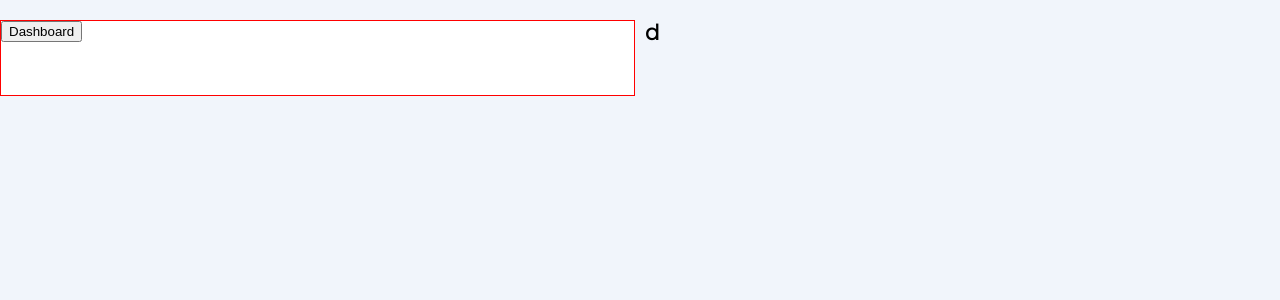
Repository: Anuruddha00/dashboard-design
Page: /
An editor plug-in stored every save of this project. The page is shown before and after the next save, followed by the edit.
The browser window is 1280 px wide. The pictures show the whole page.
The project was rebuilt for these pictures with package versions that can differ from the ones it lists, and the page was loaded fresh each time.

Above is the page before, as saved 2021-05-06 23:08:54.

### public/index.html
<!DOCTYPE html>
<html lang="en">
  <head>
    <meta charset="utf-8" />
    <link rel="icon" href="%PUBLIC_URL%/favicon.ico" />
    <meta name="viewport" content="width=device-width, initial-scale=1" />
    <meta name="theme-color" content="#000000" />
    <meta
      name="description"
      content="Web site created using create-react-app"
    />
    <link rel="apple-touch-icon" href="%PUBLIC_URL%/logo192.png" />

    <link rel="preconnect" href="https://fonts.gstatic.com">
    <link href="https://fonts.googleapis.com/css2?family=Poppins:wght@300&display=swap" rel="stylesheet">

    <!--
      manifest.json provides metadata used when your web app is installed on a
      user's mobile device or desktop. See https://developers.google.com/web/fundamentals/web-app-manifest/
    -->
    <link rel="manifest" href="%PUBLIC_URL%/manifest.json" />
    <!--
      Notice the use of %PUBLIC_URL% in the tags above.
      It will be replaced with the URL of the `public` folder during the build.
      Only files inside the `public` folder can be referenced from the HTML.

      Unlike "/favicon.ico" or "favicon.ico", "%PUBLIC_URL%/favicon.ico" will
      work correctly both with client-side routing and a non-root public URL.
      Learn how to configure a non-root public URL by running `npm run build`.
    -->
    <title>React App</title>
  </head>
  <body>
    <noscript>You need to enable JavaScript to run this app.</noscript>
    <div id="root"></div>
    <!--
      This HTML file is a template.
      If you open it directly in the browser, you will see an empty page.

      You can add webfonts, meta tags, or analytics to this file.
      The build step will place the bundled scripts into the <body> tag.

      To begin the development, run `npm start` or `yarn start`.
      To create a production bundle, use `npm run build` or `yarn build`.
    -->
  </body>
</html>

### src/index.js
import React from 'react';
import ReactDOM from 'react-dom';
import Dashboard from './containers/Dashboard/Dashboard';
import reportWebVitals from './reportWebVitals';

ReactDOM.render(
  <React.StrictMode>
    <Dashboard />
  </React.StrictMode>,
  document.getElementById('root')
);

// If you want to start measuring performance in your app, pass a function
// to log results (for example: reportWebVitals(console.log))
// or send to an analytics endpoint. Learn more: https://bit.ly/CRA-vitals
reportWebVitals();

### src/containers/Dashboard/Dashboard.js
import React from 'react';
import './Dashboard.scss';

const dashboard = () =>{

    return(
        <div className='container'>
            <div className='dashboard'>
                <div className='dashboardSideBar'>
                    <button>Dashboard</button>
                </div>
                <div className='dashboardMenu'>
                    <h2>d</h2>
                </div>
            </div>
        </div>
    )

}
export default dashboard;


{/* <nav className ='navBar'>
                    <div className='navBarContent'>
                        <div className='navBarContentSearch'>
                            <form className='navBarContentSearchField'>
                                <input type='text' placeholder='Search'/>
                            </form>
                        </div>
                        <div className='navBarContentProfile'>
                            <div className='navBarContentProfileName'>
                                <h2>Hello</h2>
                                <h2>Alexey Savitskiy</h2>
                            </div>
                            <img src='./assets/Image 9.png'/>
                            <h1>H</h1>
                        </div>
                    </div>
                </nav> */}

### src/containers/Dashboard/Dashboard.scss

body{
    margin: 0;
    padding: 0;
    font-size: 0.875rem;
    font-family: 'Poppins', sans-serif;

}

.container{
    background: #f1f5fb;
    height: 100vh;

    .dashboard{
        display: grid;
        grid-template-columns: 1fr 1fr;
        gap:10px;

        &SideBar{
            grid-column: 1;
            grid-row: 1 / 5;
            border: 1px solid red;
            background: #ffffff;
            margin-top: 20px;
        }
    }
}


// .navBar{
//     display: flex;
//     justify-content: end;
//     border: 1px solid #ffffff;
//     background:#ffffff;

//     &Content{
//         display: flex;


//         &Search{

//             &Field{

//             }
//         }
//         &Profile{

//             &Name{

//             }
//             display: flex;
//             gap: 1em;
//         }
//     }
// }

Loaded but not shown: src/reportWebVitals.js (common file)

After the next save:
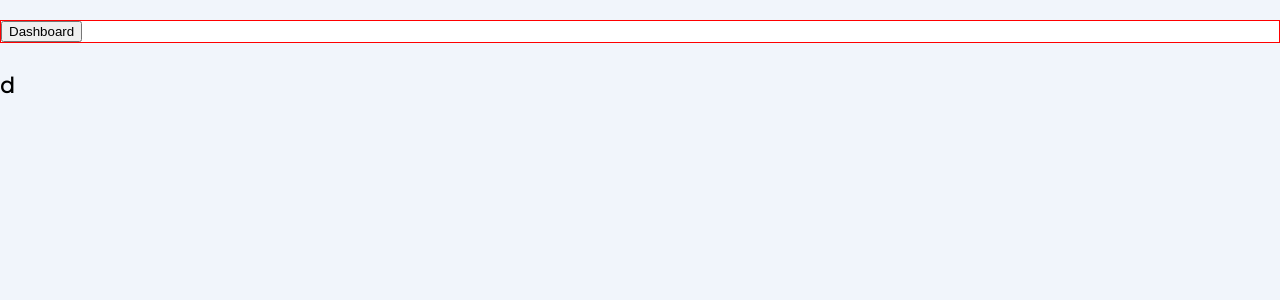
Saved 8 s later.
--- a/src/containers/Dashboard/Dashboard.scss
+++ b/src/containers/Dashboard/Dashboard.scss
@@ -17,7 +17,7 @@ body{
         gap:10px;
 
         &SideBar{
-            grid-column: 1;
+            grid-column: 1 / 5;
             grid-row: 1 / 5;
             border: 1px solid red;
             background: #ffffff;

After the save that followed:
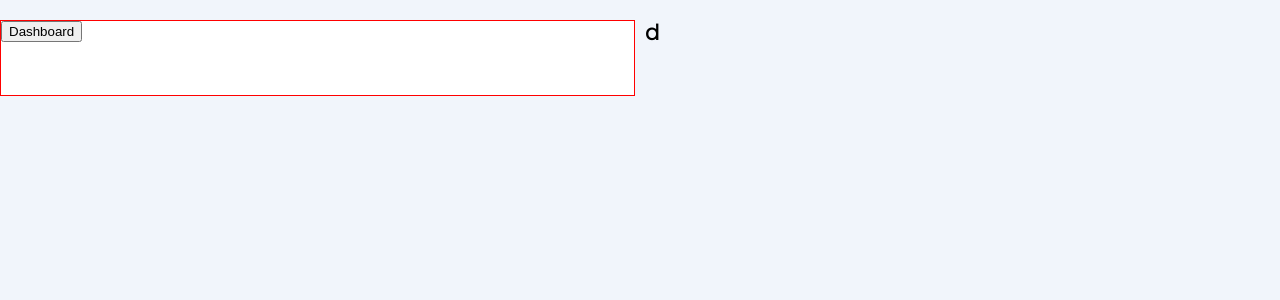
Saved 8 s later.
--- a/src/containers/Dashboard/Dashboard.scss
+++ b/src/containers/Dashboard/Dashboard.scss
@@ -17,7 +17,7 @@ body{
         gap:10px;
 
         &SideBar{
-            grid-column: 1 / 5;
+            grid-column: 1;
             grid-row: 1 / 5;
             border: 1px solid red;
             background: #ffffff;
